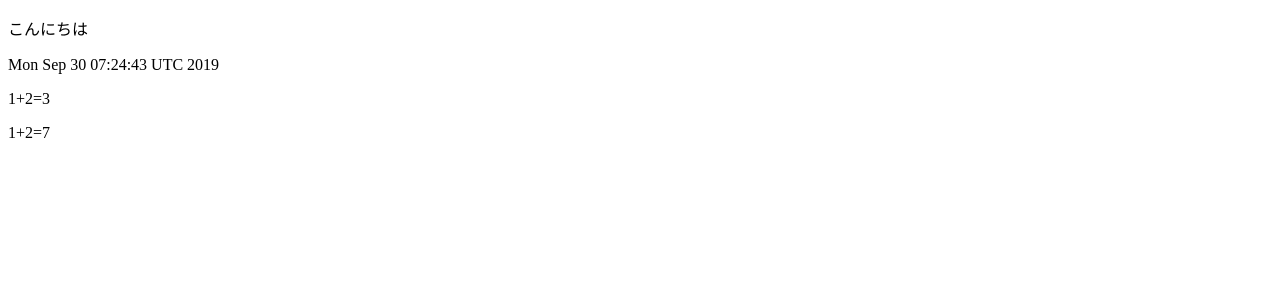
Repository: kasuya7118/test
Page: http://localhost/HelloJSP/
An editor plug-in stored every save of this project. The page is shown before and after the next save, followed by the edit.
The browser window is 1280 px wide. The pictures show the whole page.
The page is served by Tomcat 9.

Above is the page before, as saved 2019-09-30 07:51:49.

### HelloJSP/WebContent/index.jsp
<%@ page language="java" contentType="text/html; charset=UTF-8"
    pageEncoding="UTF-8"%>
<!DOCTYPE html>
<html>
<head>
<meta  charset="UTF-8">
<title>TEST</title>
</head>
<body>
<p>こんにちは</p>
<% out.println(new java.util.Date()); %>
<%!
int add(int a,int b){
	return a+b;
}%>

<p>1+2=<%=add(1,2) %></p>
<p>1+2=<%=add(3,4) %></p>

</body>
</html>

After the next save:
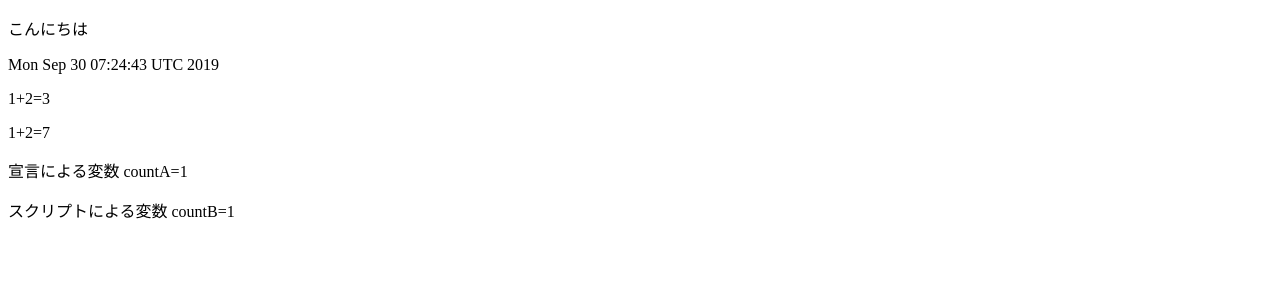
Saved 5 min 40 s later.
--- a/HelloJSP/WebContent/index.jsp
+++ b/HelloJSP/WebContent/index.jsp
@@ -16,6 +16,12 @@
 
 <p>1+2=<%=add(1,2) %></p>
 <p>1+2=<%=add(3,4) %></p>
-
+<%! int countA=0; %>
+<%
+int countB=0;
+	countA++;
+	countB++;%>
+<p>宣言による変数 countA=<%=countA %></p>
+<p>スクリプトによる変数 countB=<%=countB %></p>
 </body>
 </html>
